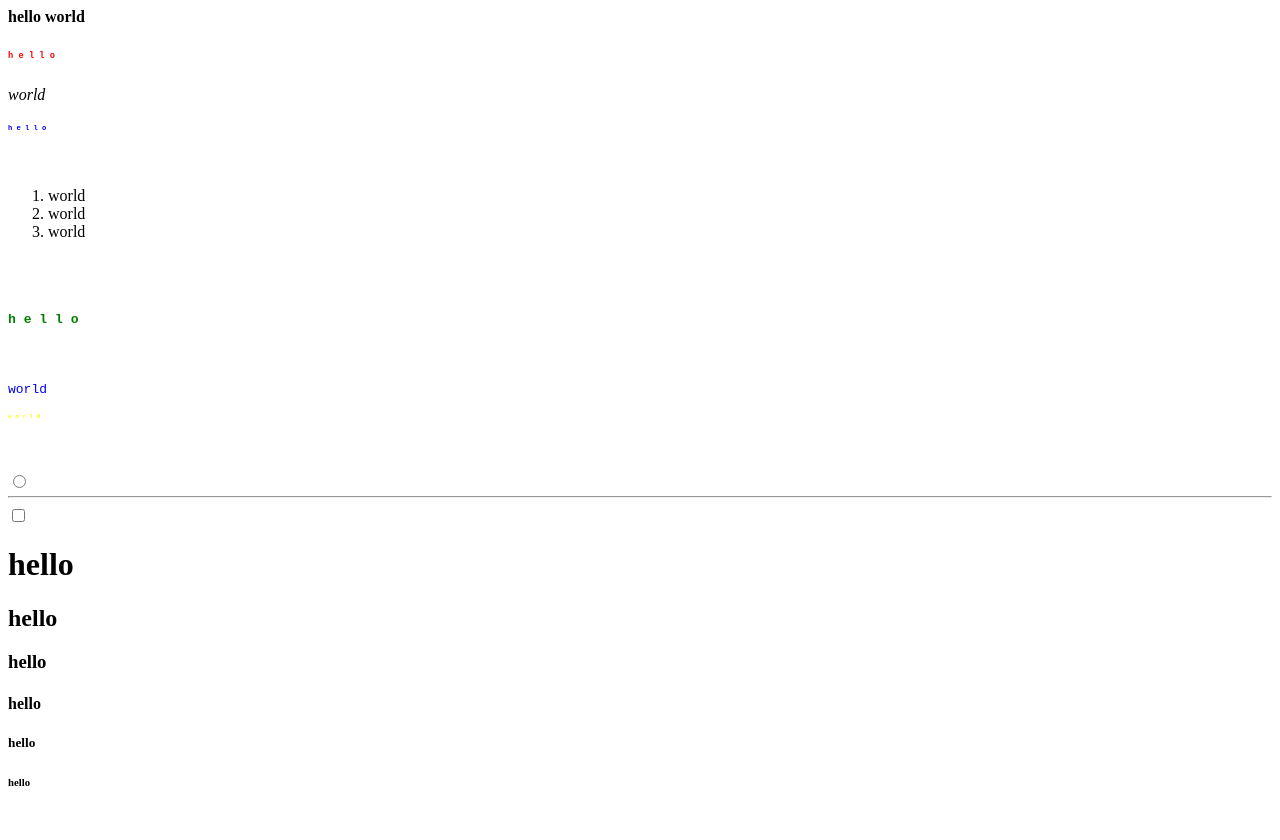
Repository: cbickhar/cbickhar.github.io
Page: project_1.html
The author's editor kept a record of every edit. The page is drawn from the files as they stood at one moment, then again after the next edit.
The browser window is 1280 px wide. The pictures show the whole page.

Above is the page before.

### project_1.html
<html>
<body style="background:#gray">
    <strong>hello world</strong>
    <br>
    <font size="3" color="red"><h6> <code>h e l l o</code> </h6></font> <em>world</em>
    <br>
    <font size="2" color="blue"><h6> <code>h e l l o</code> </h6></font>
    <br>
    <ol>
  <li>world</li>
  <li>world</li>
  <li>world</li>
</ol>
    <br>
    <font size="5" color="green"><h6> <code>h e l l o</code> </h6></font>
    <br>
    <font color="blue"><code>world</code></font>
    <br>
    <font size="1" color="yellow"><h6> <code>w o r l d</code> </h6></font>
    <br>
    <font color="white">< o ></font>
    <br>
    <input type="radio" name="hello">
    <hr />
    <input type ="checkbox" name="world">
    <h1>hello</h1> <h2>hello</h2> <h3>hello</h3> <h4>hello</4> <h5>hello</h5> <h6>hello</h6>
    <br>
</html>

After the next edit:
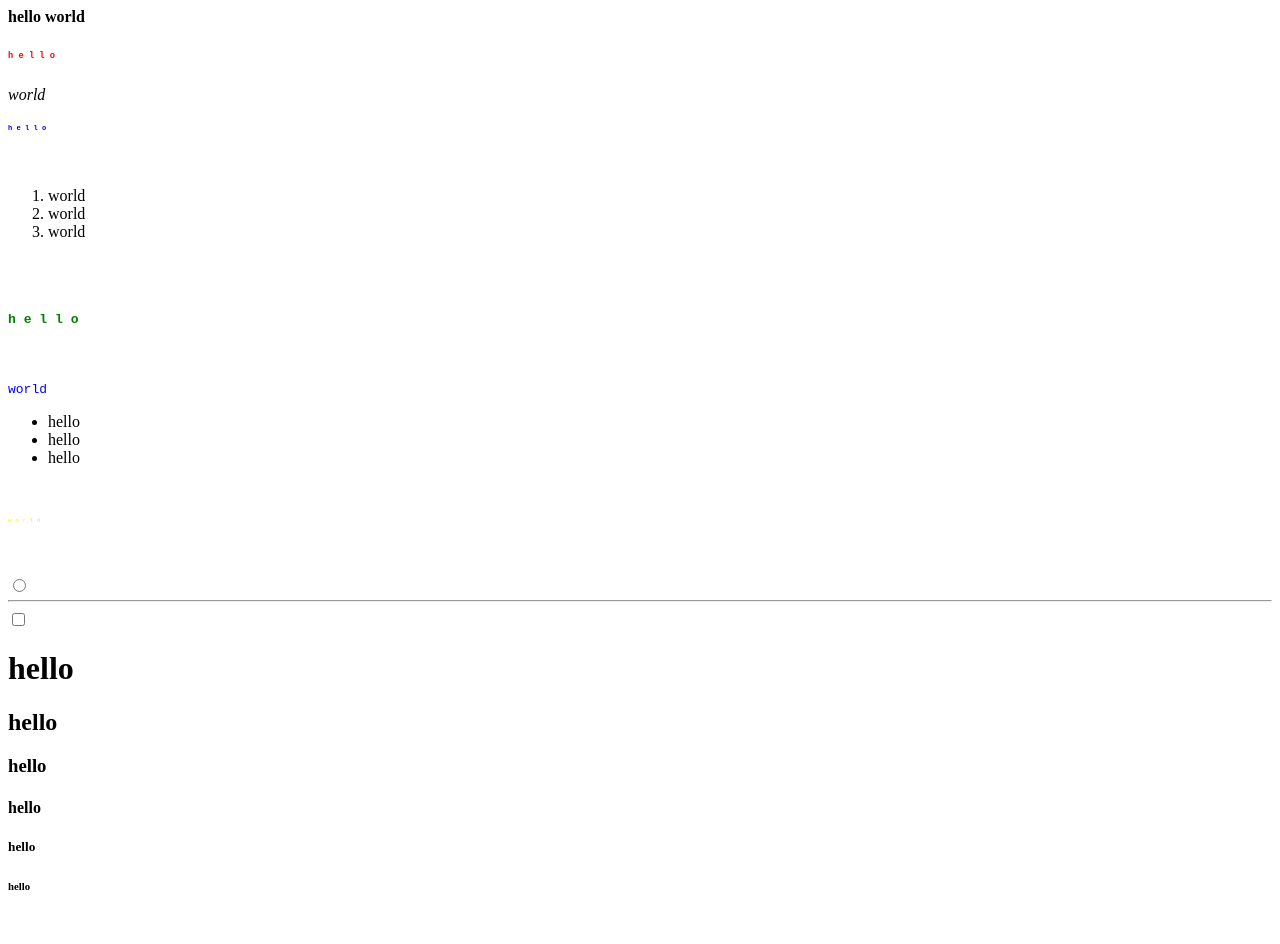
The edit:
--- a/project_1.html
+++ b/project_1.html
@@ -16,6 +16,12 @@
     <br>
     <font color="blue"><code>world</code></font>
     <br>
+    <ul>
+  <li>hello</li>
+  <li>hello</li>
+  <li>hello</li>
+</ul>
+    <br>
     <font size="1" color="yellow"><h6> <code>w o r l d</code> </h6></font>
     <br>
     <font color="white">< o ></font>
